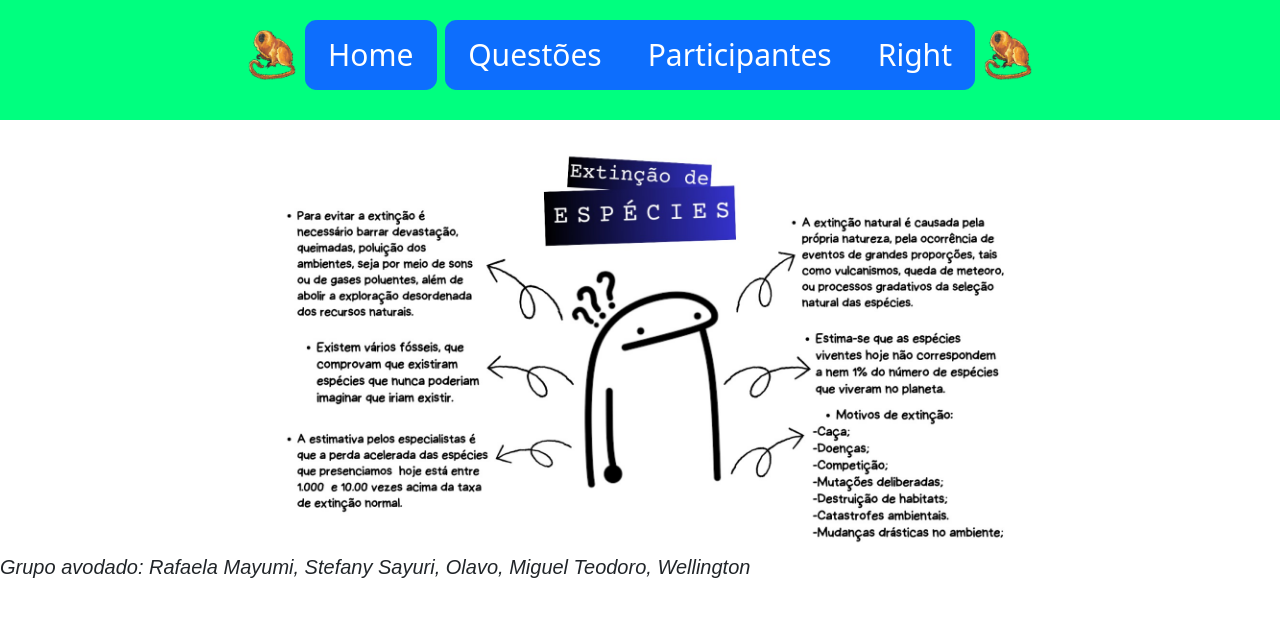
Repository: OlavoSchiavi/Site-de-biologia
Page: index.html
The author's editor kept a copy of each file at every save. The page is drawn from the files as they stood at one save, then again after the next save.
The browser window is 1280 px wide. The pictures show the whole page.

Above is the page before, as saved 2023-04-18 22:07:13.
Not found: JS/script.js

After the next save:
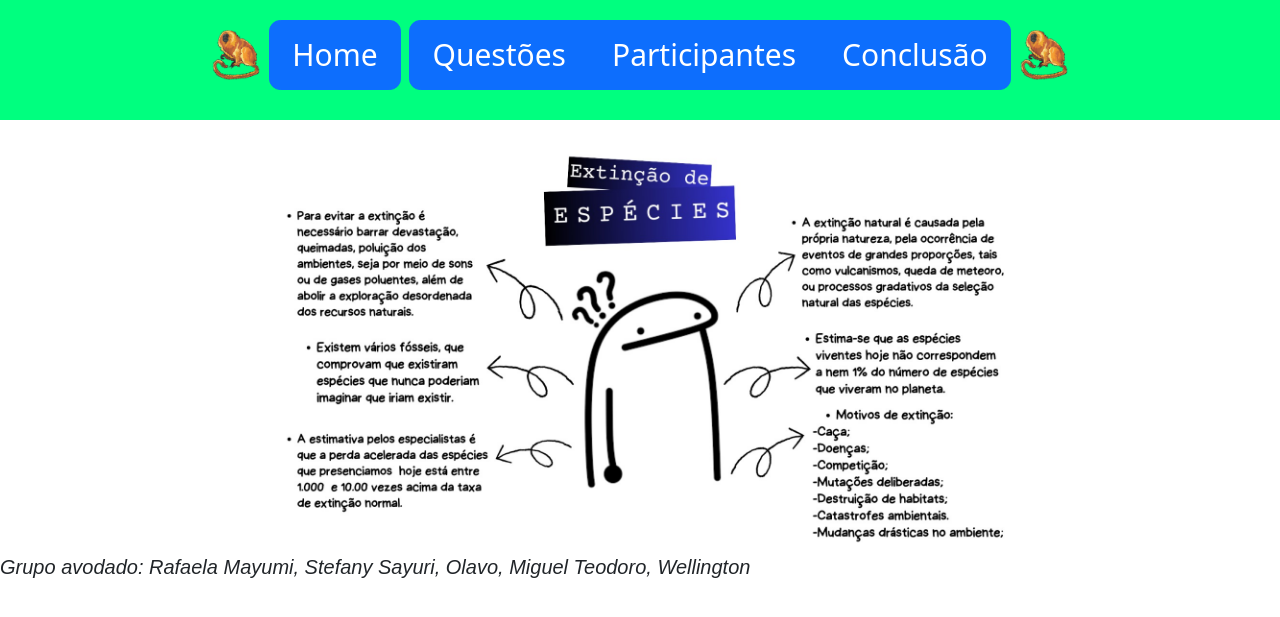
Saved 97 s later.
--- a/index.html
+++ b/index.html
@@ -23,7 +23,7 @@
                     <a href="quest.html" class="button">Questões</a>
                 </button>
                 <button type="button" class="btn btn-primary">Participantes</button>
-                <button type="button" class="btn btn-primary">Right</button>
+                <button type="button" class="btn btn-primary">Conclusão</button>
               </div>
               <img id="logo" src="imagens/monkey.png" alt="Logo">
         </nav>
